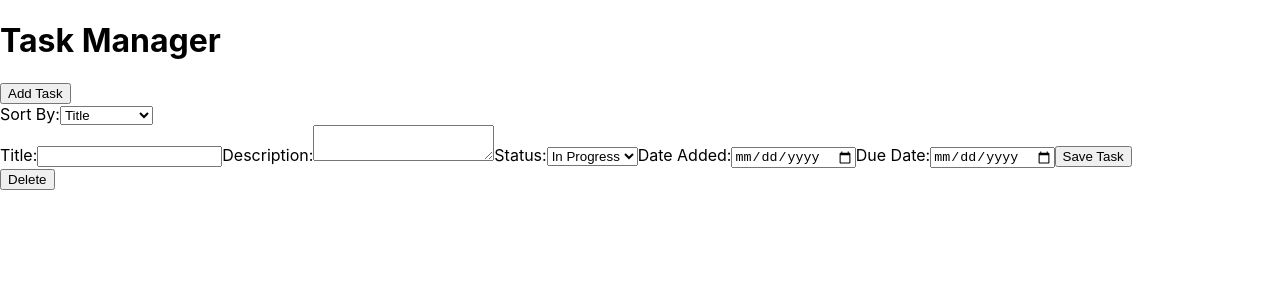
Repository: n-shen/task-tracker
Page: / (app in frontend/)
These files come from the project's save history. The page is drawn as it stood at one moment and after the next save; the edit follows.
The browser window is 1280 px wide. The pictures show the whole page.
The project was rebuilt for these pictures with package versions that can differ from the ones it lists, and the page was loaded fresh each time. Also part of the build but not shown: frontend/src/components/taskManager/addTask.jsx, frontend/src/components/tasks/task.jsx, frontend/src/components/taskManager/viewTasks.jsx.

Above is the page before, as saved 2023-04-19 20:38:09.

### frontend/public/index.html
<!DOCTYPE html>
<html lang="en">
  <head>
    <meta charset="utf-8" />
    <link rel="icon" href="%PUBLIC_URL%/favicon.ico" />
    <meta name="viewport" content="width=device-width, initial-scale=1" />
    <meta name="theme-color" content="#000000" />
    <meta
      name="description"
      content="Web site created using create-react-app"
    />
    <link rel="apple-touch-icon" href="%PUBLIC_URL%/logo192.png" />
    <!--
      manifest.json provides metadata used when your web app is installed on a
      user's mobile device or desktop. See https://developers.google.com/web/fundamentals/web-app-manifest/
    -->
    <link rel="manifest" href="%PUBLIC_URL%/manifest.json" />
    <!--
      Notice the use of %PUBLIC_URL% in the tags above.
      It will be replaced with the URL of the `public` folder during the build.
      Only files inside the `public` folder can be referenced from the HTML.

      Unlike "/favicon.ico" or "favicon.ico", "%PUBLIC_URL%/favicon.ico" will
      work correctly both with client-side routing and a non-root public URL.
      Learn how to configure a non-root public URL by running `npm run build`.
    -->
    <title>Task Tracker App</title>
  </head>
  <body>
    <noscript>You need to enable JavaScript to run this app.</noscript>
    <div id="root"></div>
    <!--
      This HTML file is a template.
      If you open it directly in the browser, you will see an empty page.

      You can add webfonts, meta tags, or analytics to this file.
      The build step will place the bundled scripts into the <body> tag.

      To begin the development, run `npm start` or `yarn start`.
      To create a production bundle, use `npm run build` or `yarn build`.
    -->
  </body>
</html>

### frontend/src/App.js
import React from "react";
import TaskManager from "./components/taskManager/manager";


function App() {
  return (
    <div className="App">
      <TaskManager />
    </div>
  );
}

export default App;

### frontend/src/components/taskManager/manager.jsx
import React, { useState, useEffect } from "react";
import AddTaskForm from "./addTask";
import EditTaskForm from "../tasks/editTasks";
import DeleteTaskButton from "../tasks/deleteTasks";
import ViewTasks from "./viewTasks";
import TaskList from "../tasks/taskLists";

const TaskManager = () => {
  const [tasks, setTasks] = useState(
    JSON.parse(localStorage.getItem("tasks")) || []
  );
  const [showAddTask, setShowAddTask] = useState(false);
  // const [showEditTask, setShowEditTask] = useState(false);
  // const [showDeleteTask, setShowDeleteTask] = useState(false);
  const [selectedTask, setSelectedTask] = useState({});

  useEffect(() => {
    localStorage.setItem("tasks", JSON.stringify(tasks));
  }, [tasks]);

  const handleAddTask = (task) => {
    setTasks([...tasks, task]);
    setShowAddTask(false);
  };

  const handleEditTask = (editedTask) => {
    const newTasks = tasks.map((t) => {
      if (t.id === editedTask.id) {
        return editedTask;
      }
      return t;
    });
    setTasks(newTasks);
    // setShowEditTask(false);
  };

  const handleDeleteTask = (taskId) => {
    const newTasks = tasks.filter((t) => t.id !== taskId);
    setTasks(newTasks);
    // setShowDeleteTask(false);
  };

  const handleEditClick = (task) => {
    setSelectedTask(task);
    // toggleEditTask();
  };

  const handleDeleteClick = (task) => {
    setSelectedTask(task);
  };

  const toggleAddTask = () => setShowAddTask(!showAddTask);

  // const toggleEditTask = () => setShowEditTask(!showEditTask);


  return (
    <div>
      <h1>Task Manager</h1>
      <div>
        <button onClick={toggleAddTask}>Add Task</button>
        {showAddTask && <AddTaskForm onAdd={handleAddTask} />}
      </div>
      <div>
        <TaskList
          tasks={tasks}
          onEditTask={handleEditClick}
          onDeleteTask={handleDeleteClick}
        />
      </div>
      {/* <div>
        <ViewTasks
          tasks={tasks}
          onEditTask={setSelectedTask}
          onDeleteTask={setSelectedTask}
          toggleEditTask={toggleEditTask}
          toggleDeleteTask={toggleDeleteTask}
        />
      </div> */}
      {/* {showEditTask && ( */}
        <EditTaskForm
          task={selectedTask}
          onEdit={handleEditTask}
          // toggleEditTask={toggleEditTask}
        />
      {/* )} */}
      {/* {showDeleteTask && ( */}
        <DeleteTaskButton
          taskId={selectedTask?.id}
          onDelete={handleDeleteTask}
          onClose={() => {
            // setShowDeleteTask(false);
            setSelectedTask({});
          }}
        />
      {/* )} */}
    </div>
  );
};

export default TaskManager;

### frontend/src/components/tasks/editTasks.jsx
import React, { useState, useEffect } from "react";

const EditTaskForm = ({ task, onEdit }) => {
  const [title, setTitle] = useState("");
  const [description, setDescription] = useState("");
  const [status, setStatus] = useState("");
  const [dateAdded, setDateAdded] = useState("");
  const [dueDate, setDueDate] = useState("");

  useEffect(() => {
    if (task) {
      setTitle(task.title);
      setDescription(task.description);
      setStatus(task.status);
      setDateAdded(task.dateAdded);
      setDueDate(task.dueDate);
    }
  }, [task]);


  const handleSubmit = (e) => {
    e.preventDefault();
    onEdit({ ...task, title, description, status, dateAdded, dueDate });
  };

  const handleChange = (e) => {
    const { name, value } = e.target;
    switch (name) {
      case "title":
        setTitle(value);
        break;
      case "description":
        setDescription(value);
        break;
      case "status":
        setStatus(value);
        break;
      case "dateAdded":
        setDateAdded(value);
        break;
      case "dueDate":
        setDueDate(value);
        break;
      default:
        break;
    }
  };

  return (
    <form onSubmit={handleSubmit}>
      <label>
        Title:
        <input type="text" value={title} onChange={handleChange} />
      </label>
      <label>
        Description:
        <textarea value={description} onChange={handleChange} />
      </label>
      <label>
        Status:
        <select value={status} onChange={handleChange}>
          <option value="in progress">In Progress</option>
          <option value="completed">Completed</option>
        </select>
      </label>
      <label>
        Date Added:
        <input type="date" value={dateAdded} onChange={handleChange} />
      </label>
      <label>
        Due Date:
        <input type="date" value={dueDate} onChange={handleChange} />
      </label>
      <button type="submit">Save Task</button>
    </form>
  );
};

export default EditTaskForm;

### frontend/src/components/tasks/deleteTasks.jsx
import React from 'react';

const DeleteTaskButton = ({ taskId, onDelete, onClose }) => {
  const handleClick = () => {
    onDelete(taskId);
    onClose();
  };

  return (
    <button onClick={handleClick}>Delete</button>
  );
};

export default DeleteTaskButton;

### frontend/src/components/tasks/taskLists.jsx
import React, { useState } from 'react';
import Task from './task';
import sortTasks from '../taskManager/sortTasks';

const TaskList = ({ tasks, onEditTask, onDeleteTask }) => {
  const [sortBy, setSortBy] = useState('title');

  if (!tasks) {
    return <div>No tasks found.</div>;
  }

  const handleSortChange = (e) => {
    setSortBy(e.target.value);
  };

  const sortedTasks = sortTasks(tasks, sortBy);

  return (
    <div>
      <div>
        <label>Sort By:</label>
        <select onChange={handleSortChange}>
          <option value="title">Title</option>
          <option value="status">Status</option>
          <option value="DateAdded">Date Added</option>
          <option value="dueDate">Due Date</option>
        </select>
      </div>
      <div>
        {sortedTasks.map((task) => (
          <Task
            key={task.id}
            tasks={task}
            onEditTask={onEditTask}
            onDeleteTask={onDeleteTask}
           />
        ))}
      </div>
    </div>
  );
};

export default TaskList;

### frontend/src/components/taskManager/sortTasks.jsx
const sortTasks = (tasks, sortBy) => {
  if (!Array.isArray(tasks)) {
    return [];
  }

  switch(sortBy) {
    case 'title':
      return tasks.sort((a, b) => a.title.localeCompare(b.title));
    case 'status':
      return tasks.sort((a, b) => a.status.localeCompare(b.status));
    case 'DateAdded':
      return tasks.sort((a, b) => new Date(a.dateAdded) - new Date(b.dateAdded));
    case 'dueDate':
      return tasks.sort((a, b) => new Date(a.dueDate) - new Date(b.dueDate));
    default:
      return tasks;
  }
};

export default sortTasks;

Loaded but not shown: frontend/src/index.js (common file); frontend/src/styles/index.css (common file); frontend/src/reportWebVitals.js (common file)

After the next save:
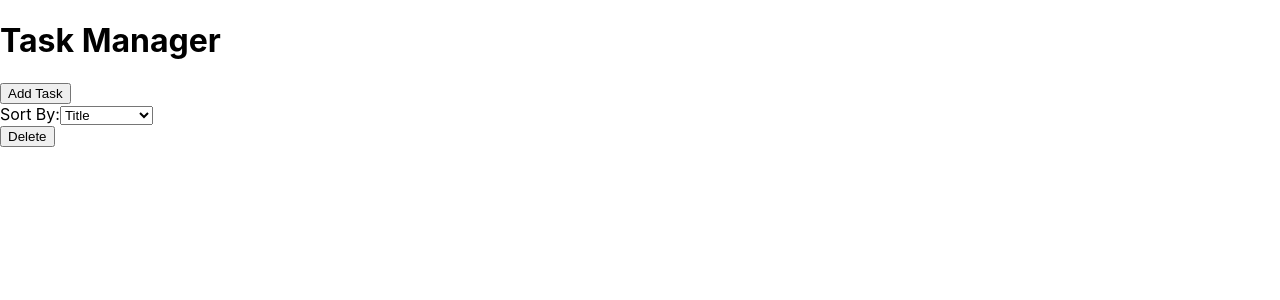
Saved 118 s later.
--- a/frontend/src/components/taskManager/manager.jsx
+++ b/frontend/src/components/taskManager/manager.jsx
@@ -10,7 +10,7 @@ const TaskManager = () => {
     JSON.parse(localStorage.getItem("tasks")) || []
   );
   const [showAddTask, setShowAddTask] = useState(false);
-  // const [showEditTask, setShowEditTask] = useState(false);
+  const [showEditTask, setShowEditTask] = useState(false);
   // const [showDeleteTask, setShowDeleteTask] = useState(false);
   const [selectedTask, setSelectedTask] = useState({});
 
@@ -31,7 +31,7 @@ const TaskManager = () => {
       return t;
     });
     setTasks(newTasks);
-    // setShowEditTask(false);
+    setShowEditTask(false);
   };
 
   const handleDeleteTask = (taskId) => {
@@ -42,17 +42,19 @@ const TaskManager = () => {
 
   const handleEditClick = (task) => {
     setSelectedTask(task);
-    // toggleEditTask();
+    toggleEditTask();
   };
 
   const handleDeleteClick = (task) => {
     setSelectedTask(task);
+    // toggleDeleteTask();
   };
 
   const toggleAddTask = () => setShowAddTask(!showAddTask);
 
-  // const toggleEditTask = () => setShowEditTask(!showEditTask);
+  const toggleEditTask = () => setShowEditTask(!showEditTask);
 
+  // const toggleDeleteTask = () => setShowDeleteTask(!showDeleteTask);
 
   return (
     <div>
@@ -77,13 +79,13 @@ const TaskManager = () => {
           toggleDeleteTask={toggleDeleteTask}
         />
       </div> */}
-      {/* {showEditTask && ( */}
+      {showEditTask && (
         <EditTaskForm
           task={selectedTask}
           onEdit={handleEditTask}
-          // toggleEditTask={toggleEditTask}
+          toggleEditTask={toggleEditTask}
         />
-      {/* )} */}
+      )}
       {/* {showDeleteTask && ( */}
         <DeleteTaskButton
           taskId={selectedTask?.id}
